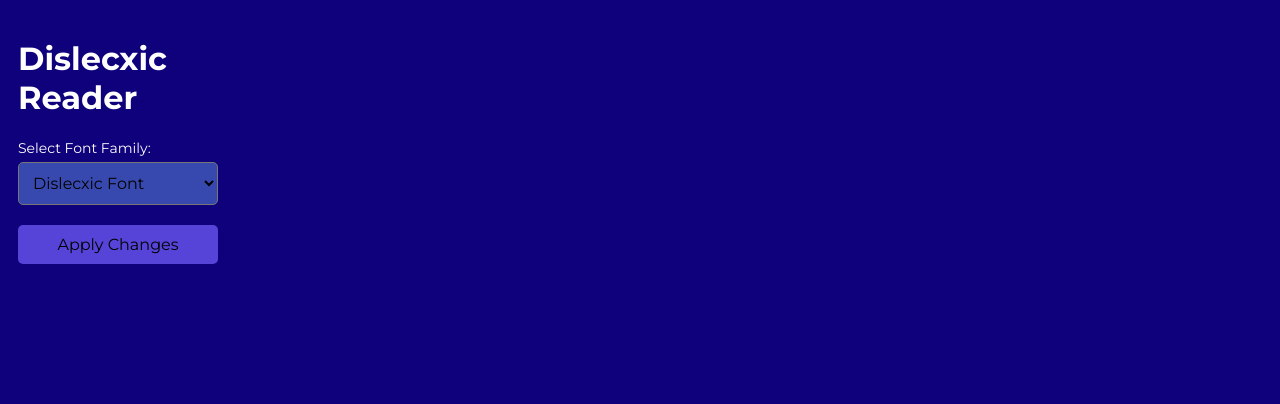
Repository: adatechschool/extension-navigateur-extension_walid_eliana_imelda
Page: Extention 3/popup.html
These files come from the project's save history. The page is drawn as it stood at one moment and after the next save; the edit follows.
The browser window is 1280 px wide. The pictures show the whole page.

Above is the page before, as saved 2024-01-13 23:51:49.

### Extention 3/popup.html
<!-- popup.html -->
<!DOCTYPE html>
<html>
<head>
  <link rel="stylesheet" type="text/css" href="popup.css">
  <script type="module" src="popup.js"></script>

  <link rel="preconnect" href="https://fonts.googleapis.com">
  <link rel="preconnect" href="https://fonts.gstatic.com" crossorigin>
  <link href="https://fonts.googleapis.com/css2?family=Montserrat:wght@400;700&display=swap" rel="stylesheet">

</head>

<body>
    <h1> Dislecxic Reader </h1>
  <label for="font-family">Select Font Family:</label>

  <select id="font-family">

    <option value="'Montserrat">Dislecxic Font</option>

    <option value="Arial"> Lettres en Gras</option>

    <option value="Rockwell"> Le deux</option>
    <!-- Add more font options as needed -->
  </select>

  <button id="apply-button">Apply Changes</button>
</body>
</html>

### Extention 3/popup.css
body {
    width: 200px;
    padding: 10px;
    background-color: #0f007c;
    border-radius: 5px;

  }

  label {
    font-family: Montserrat;
    display: block;
    margin-bottom: 5px;
    font-size: 14px;
   color : white;
  }

  select, button {
    width: 100%;
    margin-bottom: 20px;
    padding: 10px;
    font-size: 16px;
    background-color:#3749ae;
    border-radius: 5px;
    font-family: Montserrat;

  }

  button {
    background-color: #5544d7;
    border: 5px;
    cursor: pointer;
  }

  button:hover {
    background-color: #357ae8;
  }
  h1 {
    color:white;
    font-family: Montserrat;
  }

### Extention 3/popup.js
document.addEventListener('DOMContentLoaded', function() {
    var applyButton = document.getElementById('apply-button');
    var fontFamilySelect = document.getElementById('font-family');

    applyButton.addEventListener('click', function() {
      var selectedFontFamily = fontFamilySelect.value;
      chrome.tabs.query({ active: true, currentWindow: true }, function(tabs) {
        chrome.tabs.sendMessage(tabs[0].id, { action: 'applyChanges', selectedFontFamily: selectedFontFamily });
      });
    });
  });

After the next save:
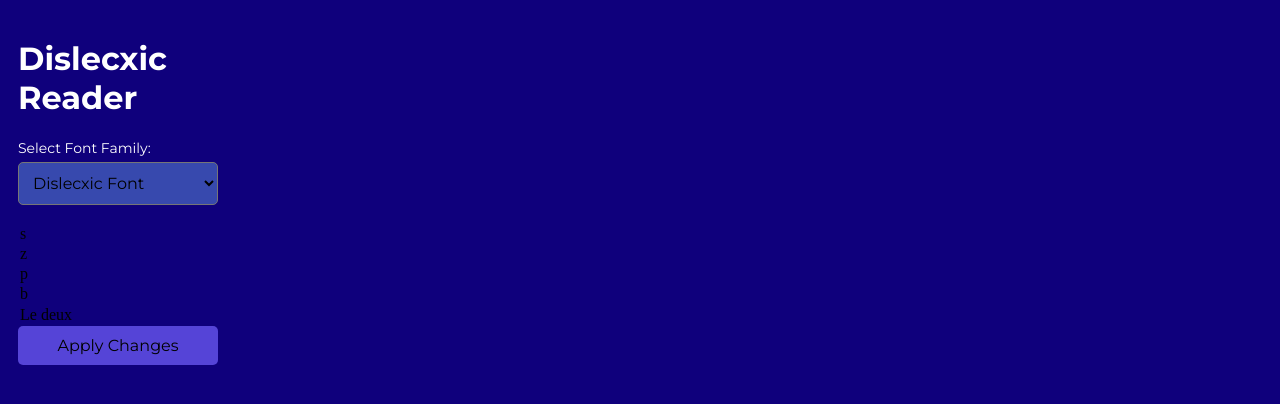
Saved 7 min 34 s later.
--- a/Extention 3/popup.html
+++ b/Extention 3/popup.html
@@ -18,8 +18,12 @@
   <select id="font-family">
 
     <option value="'Montserrat">Dislecxic Font</option>
-
-    <option value="Arial"> Lettres en Gras</option>
+    <label for="bold-letters">Select Bold Letters:</label>
+    <select id="bold-letters" multiple>
+      <option value="s">s</option>
+      <option value="z">z</option>
+      <option value="p">p</option>
+      <option value="b">b</option>
 
     <option value="Rockwell"> Le deux</option>
     <!-- Add more font options as needed -->

After the save that followed:
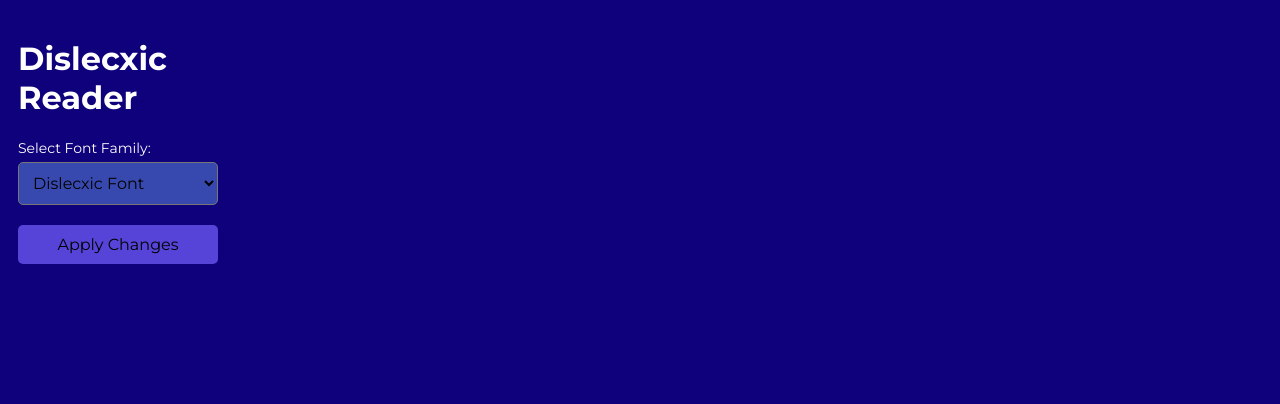
Saved 42 s later.
--- a/Extention 3/popup.html
+++ b/Extention 3/popup.html
@@ -18,12 +18,8 @@
   <select id="font-family">
 
     <option value="'Montserrat">Dislecxic Font</option>
-    <label for="bold-letters">Select Bold Letters:</label>
-    <select id="bold-letters" multiple>
-      <option value="s">s</option>
-      <option value="z">z</option>
-      <option value="p">p</option>
-      <option value="b">b</option>
+
+    <option value="Arial"> Lettres en Gras</option>
 
     <option value="Rockwell"> Le deux</option>
     <!-- Add more font options as needed -->
